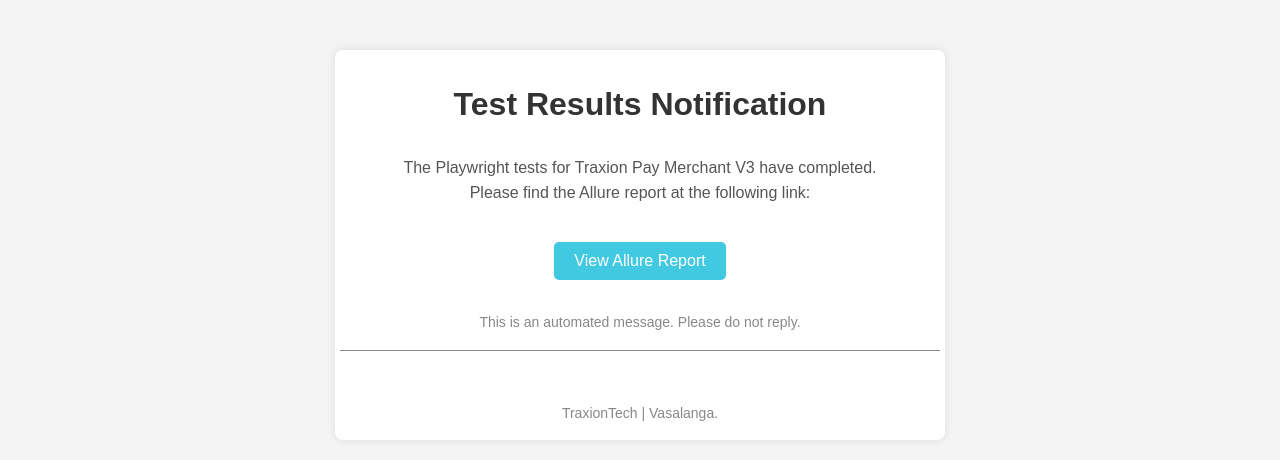
Repository: jmendozaqa24/TraxionPay-V3
Page: template.html
An editor plug-in stored every save of this project. The page is shown before and after the next save, followed by the edit.
The browser window is 1280 px wide. The pictures show the whole page.

Above is the page before, as saved 2025-01-31 10:51:27.

After the next save:
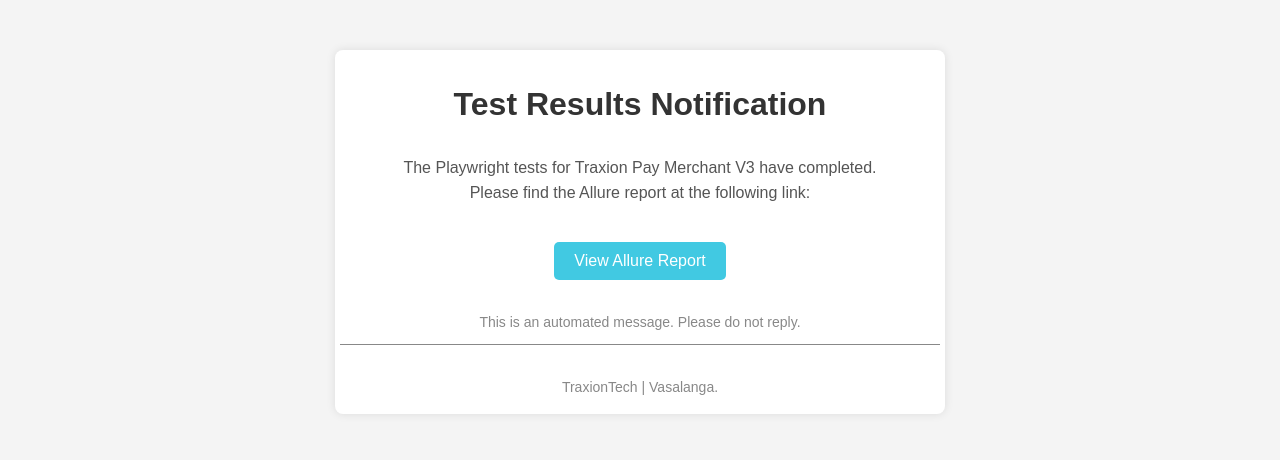
Saved 10 s later.
--- a/template.html
+++ b/template.html
@@ -22,7 +22,7 @@
                     <div style="text-align: center; padding-top: 20px; font-size: 14px; color: #888888;">
                         <p>This is an automated message. Please do not reply.</p>
                     </div>
-                    <hr style="border: none; border-top: 1px solid #888888; margin: 20px 0;">
+                    <hr style="border: none; border-top: 1px solid #888888; margin: 0;">
                     <div style="text-align: center; padding-top: 20px; font-size: 14px; color: #888888;">
                         <p>TraxionTech | Vasalanga.</p>
                     </div>
